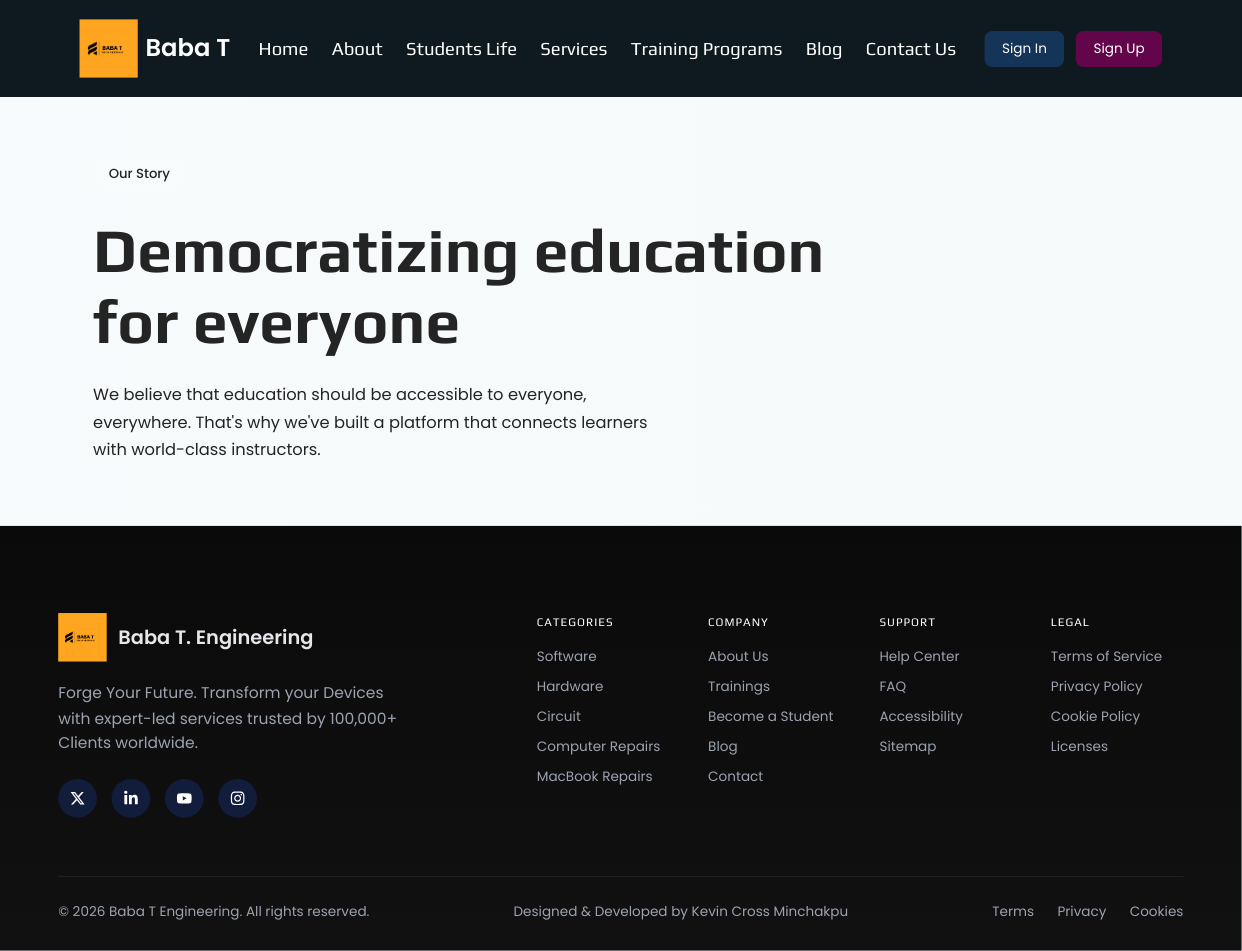
Repository: KC-Minchakpu/babatunde
Page: /about/history
These files come from the project's save history. The page is drawn as it stood at one moment and after the next save; the edit follows.
The browser window is 1280 px wide. The pictures show the whole page, at 97% of full size.
The project was rebuilt for these pictures with package versions that can differ from the ones it lists, and the page was loaded fresh each time. The framework's server and built-in components were replaced by stand-ins that run in the browser. Also part of the build but not shown: next.config.ts.

Above is the page before, as saved 2026-02-19 08:54:34.

After the next save:
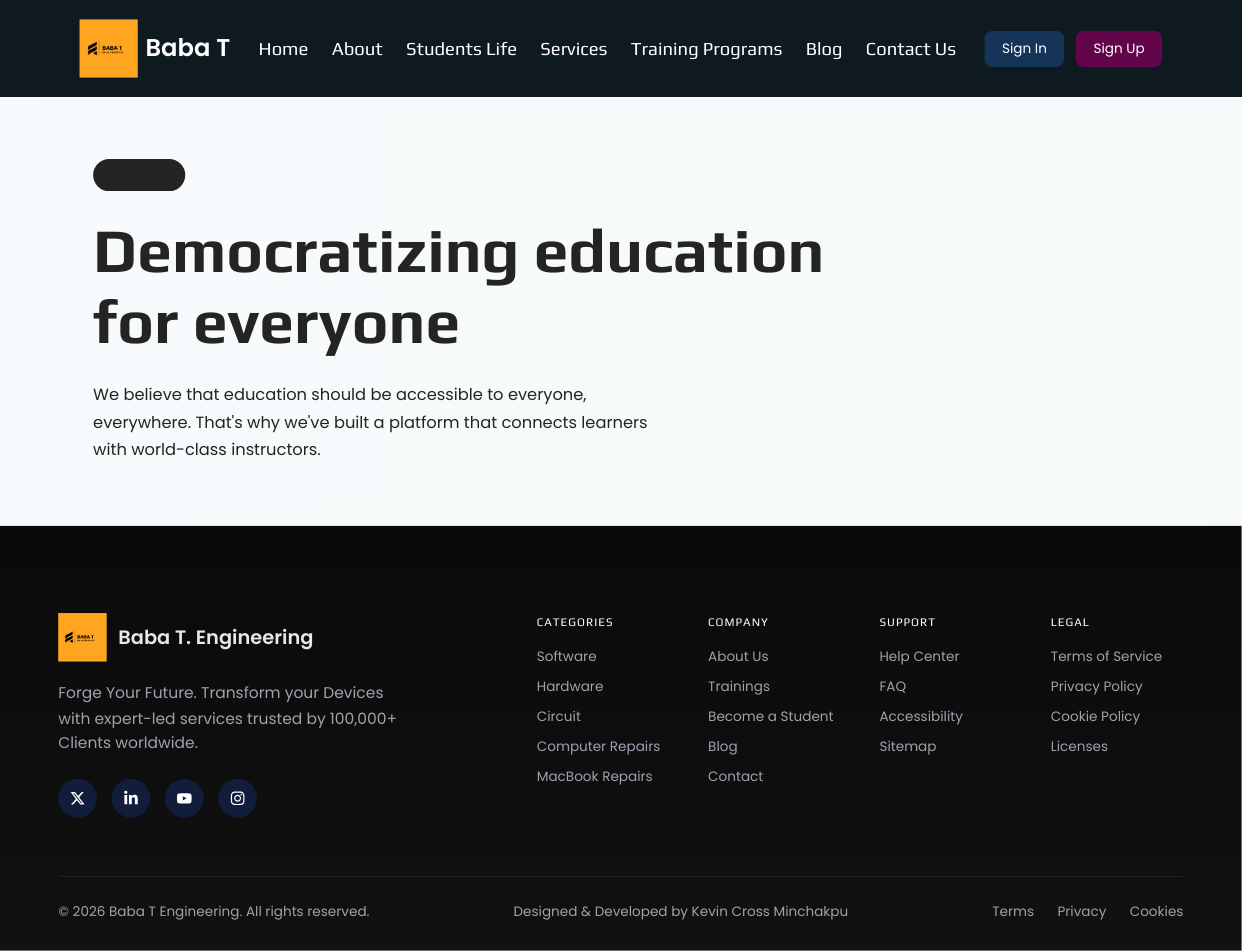
Saved 2 min 44 s later.
--- a/src/components/About/OurHistoryHero.module.css
+++ b/src/components/About/OurHistoryHero.module.css
@@ -21,7 +21,7 @@
   display: inline-block;
   padding: 0.4rem 1rem;
   border-radius: 999px;
-  background: rgba(255, 255, 255, 0.1);
+  background: #242424;
   font-size: 0.85rem;
   font-weight: 500;
   margin-bottom: 1.5rem;
